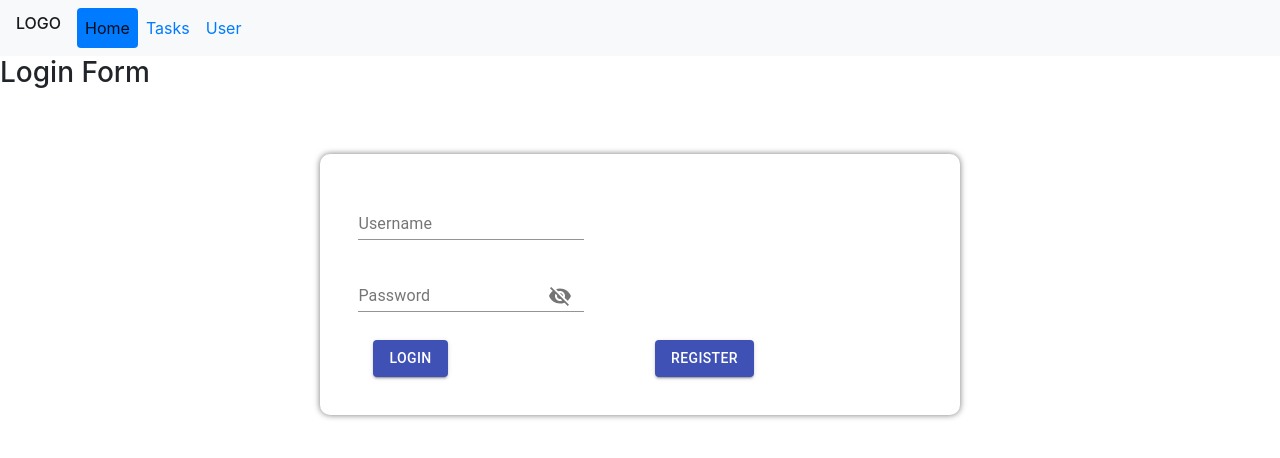
Repository: lalji-yadav/Nimapinfotech-demo-project
Page: /login
These files come from the project's save history. The page is drawn as it stood at one moment and after the next save; the edit follows.
The browser window is 1280 px wide. The pictures show the whole page.
The project was rebuilt for these pictures with package versions that can differ from the ones it lists, and the page was loaded fresh each time. Also part of the build but not shown: src/components/Home.js, src/components/Tasks.js, src/components/Users.js.

Above is the page before, as saved 2021-01-18 11:58:51.

### src/App.js
// import './App.css';
import Navbar from "./components/Navbars";
import Login from "./components/Login";


function App() {
  return (
    <div>

    {/* <Login /> */}
    <Navbar />
    </div>
  );
}

export default App;

### src/components/Navbars.js
import React from 'react';
import { Navbar,Nav,NavDropdown,Form,FormControl ,Button } from 'react-bootstrap';
import {
  BrowserRouter as Router,
  Switch,
  Route,
  Link
} from "react-router-dom";

import Home from "./Home";
import Tasks from "./Tasks";
import User from "./Users";
import Login from "./Login";


const Navbars=()=> {
        return (
            <div>

              <Router>
                  <Navbar bg="light" expand="lg">
                      <Navbar.Brand> <h6>LOGO</h6></Navbar.Brand>
                      <Navbar.Toggle aria-controls="basic-navbar-nav" />
                      <Navbar.Collapse id="basic-navbar-nav">
                      <Nav variant="pills" defaultActiveKey="/">
                        <Nav.Item>
                          <Nav.Link href="/">Home </Nav.Link>
                        </Nav.Item>
                        <Nav.Item>
                          <Nav.Link eventKey="link-1"> <Link to="/tasks"> Tasks </Link> </Nav.Link>
                        </Nav.Item>
                        <Nav.Item>
                          <Nav.Link eventKey="link-2">
                          <Link to="/user"> User </Link>
                          </Nav.Link>
                        </Nav.Item>
                      </Nav>
                      </Navbar.Collapse>
                    </Navbar>


                    <Switch>
                      <Route exact path="/" component={Home} />

                      <Route exact path="/user" component={User} />

                      <Route exact path="/tasks" component={Tasks} />

                      <Route exact path="/login" component={Login} />

                    </Switch>
             </Router>

            </div>
        );
    }

export default Navbars;

### src/components/Login.js
import React from 'react';
import {IconButton, TextField,Input,InputLabel,FormControl,InputAdornment,Card,
Button} from '@material-ui/core';
import VisibilityIcon from '@material-ui/icons/Visibility';
import VisibilityOffIcon from '@material-ui/icons/VisibilityOff';
import axios from "axios";
import { useHistory } from "react-router-dom";
import { useFormik } from 'formik';


const validate = values => {
  const errors = {};
  if (!values.username) {
    errors.username = 'Required';
  } else if (values.username.length < 3) {
    errors.username = 'Must be 3 characters or greater';
  }

  if (!values.password) {
    errors.password = 'Required';
  } else if (values.password.length < 6) {
    errors.password = 'Must be 6 characters or greater';
  }

  return errors;
};

 const Login=()=> {

  const [values, setValues] = React.useState({
    username:'',
    password: '',
    showPassword: false,
  });

  let history = useHistory();

  const handleChange = (prop) => (event) => {
    setValues({ ...values, [prop]: event.target.value });
  };

  const handleClickShowPassword = () => {
    setValues({ ...values, showPassword: !values.showPassword });
  };

  const handleMouseDownPassword = (event) => {
    event.preventDefault();
  };

  const formik = useFormik({
    initialValues: {
      username: '',
      password: ''
    },
    validate,
  });

 const formSubmit=()=> {
        axios.post('https://reqres.in/api/login',
        { username: formik.values.username, password: formik.values.password }).then(response => {
        console.log(response);
      alert("Login Successfullly");
      history.push('/')
      }).catch(error => {
          console.log(error);
          alert("Please enter correct email and password")
      });
    //alert(`${values.Username}`)
  }

  return (
    <div>

      <h3> Login Form  </h3>
      <div className="effect1" style={{width:"50%", margin:"5% 25% 0% 25%", padding:"3%"}}>

         <TextField id="username"
           // onChange={handleChange('username')}
           // value={values.username}
            style={{width:"40%"}}
            label="Username"
            color="primary"

            name="username"
            type="text"
            onChange={formik.handleChange('username')}
            onBlur={formik.handleBlur}
            value={formik.values.username}
             /> <br /> <br />

            <span style={{color:"red"}}>
             {formik.touched.username && formik.errors.username ? (
             <div>{formik.errors.username}</div>
             ) : null}
            </span>

           <FormControl style={{width:"40%"}}>
           <InputLabel htmlFor="password">Password</InputLabel>
           <Input
            id="password"
            type={values.showPassword ? 'text' : 'password'}
           // value={values.password}
           // onChange={handleChange('password')}

            name="password"
            onChange={formik.handleChange('password')}
            onBlur={formik.handleBlur}
            value={formik.values.password}
            endAdornment={
              <InputAdornment position="end">
                <IconButton
                  aria-label="toggle password visibility"
                  onClick={handleClickShowPassword}
                  onMouseDown={handleMouseDownPassword}
                >
                  {values.showPassword ? <VisibilityIcon /> : <VisibilityOffIcon />}
                </IconButton>
              </InputAdornment>
            }
          />
        </FormControl>

        <span style={{color:"red"}}>
        {formik.touched.password && formik.errors.password ? (
         <div>{formik.errors.password}</div>
        ) : null}
        </span>

        <div className="row" style={{margin:"5% 0% 0% 0%"}}>
          <div className="col-sm-6">
            <Button onClick={formSubmit} variant="contained" color="primary"> Login </Button>
          </div>
          <div className="col-sm-6">
          <Button variant="contained" color="primary"> Register </Button>
          </div>

        </div>
      </div>
    </div>
  );
}

export default Login;

### src/App.css
.scroll-tab {
    height: 55vh;
    margin: 3% 3% 5% 3%;
    overflow-y: scroll;
    border: "1px solid red";
}
::-webkit-scrollbar{
    width: 12px;
    height: 12px;
}
::-webkit-scrollbar-track {
    box-shadow: inset 0 0 10px #4A4A4A;
    border-radius: 10px;
    }

    ::-webkit-scrollbar-thumb {
    border-radius: 10px;
    background: #4A4A4A;
}

.effect1{
        box-shadow: 0px 0px 6px #777;
        border-radius: 10px;
}

Loaded but not shown: public/index.html (common file); src/index.js (common file); src/index.css (common file); src/reportWebVitals.js (common file)

After the next save:
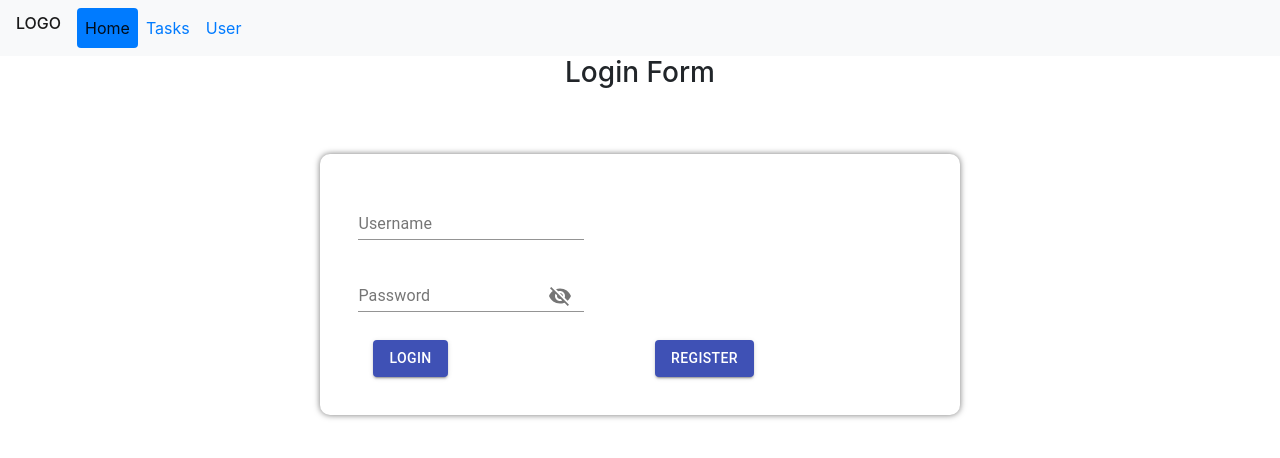
Saved 43 s later.
--- a/src/components/Login.js
+++ b/src/components/Login.js
@@ -71,7 +71,7 @@ const validate = values => {
   return (
     <div>
 
-      <h3> Login Form  </h3>
+      <h3 style={{textAlign:'center'}}> Login Form  </h3>
       <div className="effect1" style={{width:"50%", margin:"5% 25% 0% 25%", padding:"3%"}}>
 
          <TextField id="username"
